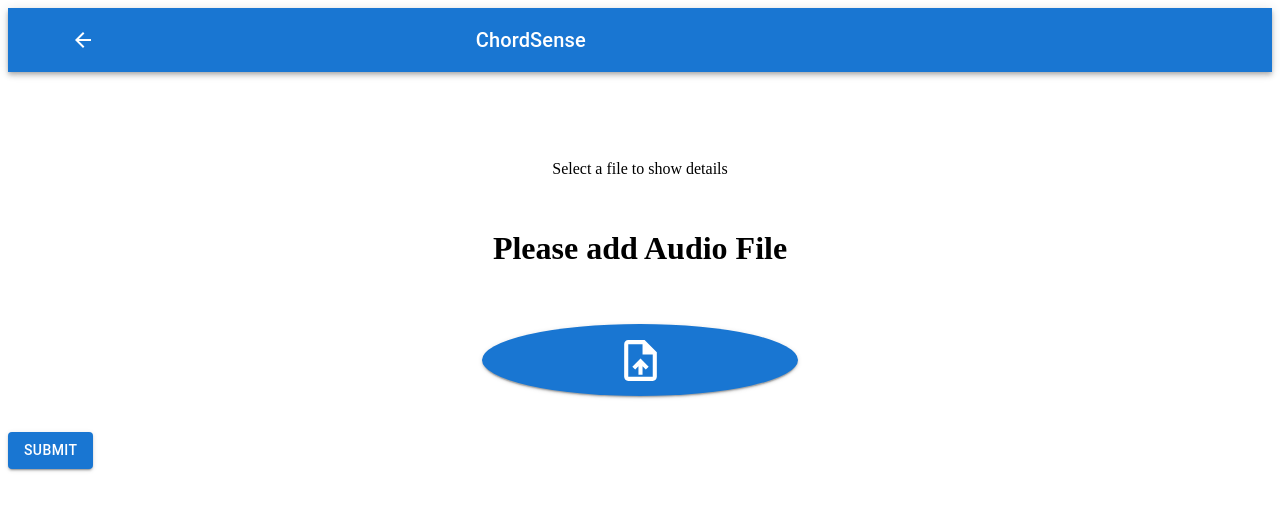
Repository: shamu332/ChordSense
Page: / (app in ui/)
An editor plug-in stored every save of this project. The page is shown before and after the next save, followed by the edit.
The browser window is 1280 px wide. The pictures show the whole page.
The project was rebuilt for these pictures with package versions that can differ from the ones it lists, and the page was loaded fresh each time. Also part of the build but not shown: ui/src/pages/Results.js.

Above is the page before, as saved 2023-03-11 15:20:03.

After the next save:
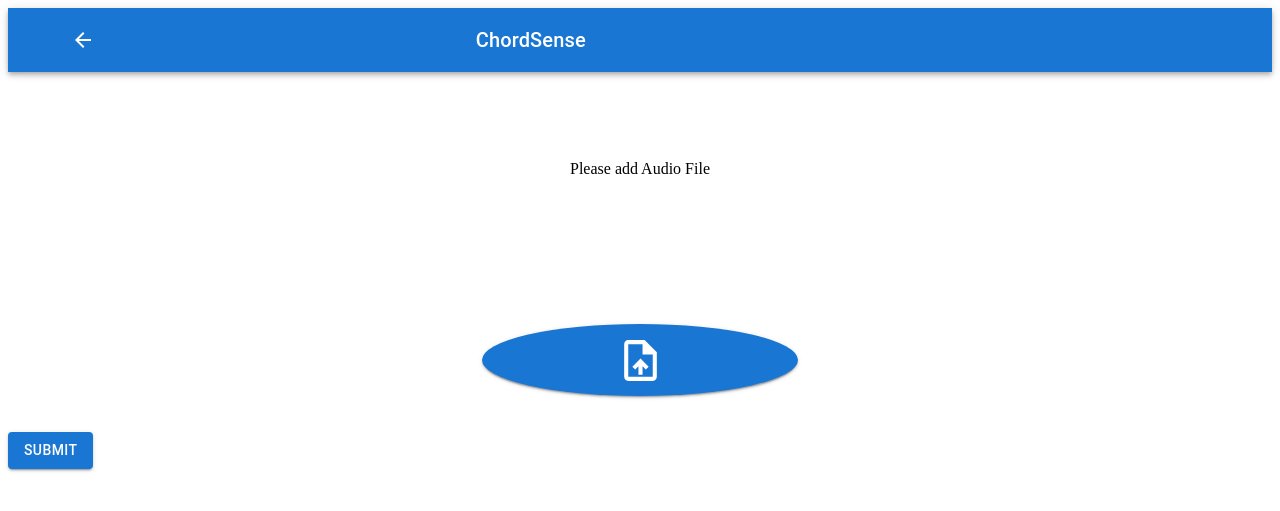
Saved 50 s later.
--- a/ui/src/pages/Landing.js
+++ b/ui/src/pages/Landing.js
@@ -36,9 +36,6 @@ const handleSubmission = () => {
           height: "30vh",
         }}
       >
-        <h1>
-            Please add Audio File
-        </h1>
       </div>
       {loader ? (
         <div
@@ -88,7 +85,7 @@ const handleSubmission = () => {
                     <p style ={{
                         position:'absolute',
                         top: '20%'
-                    }}>Select a file to show details</p>
+                    }}>Please add Audio File</p>
                 )}
           </div>
           <div
